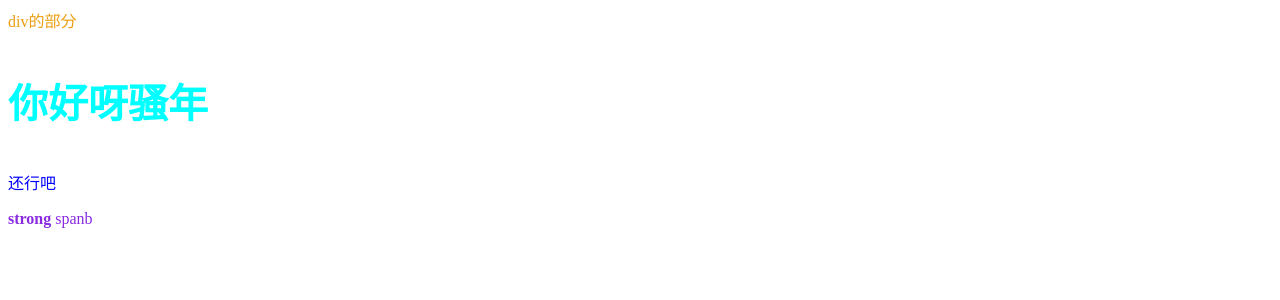
Repository: SharkPem/WebLearn
Page: demo/demo_css.html
An editor plug-in stored every save of this project. The page is shown before and after the next save, followed by the edit.
The browser window is 1280 px wide. The pictures show the whole page.

Above is the page before, as saved 2022-03-28 11:02:05.

### demo/demo_css.html
<!DOCTYPE html>
<html lang="en">
<head>
    <meta charset="UTF-8">
    <meta http-equiv="X-UA-Compatible" content="IE=edge">
    <meta name="viewport" content="width=device-width, initial-scale=1.0">
    <title>Document</title>

    <!-- 外部模式模板-->
    <!-- <link type="text/css" rel="stylesheet" href="demo_css.css"/> -->
    <!-- 内部模式-->
    <style type="text/css">
        div,p{
            color: #eb9e11;
        }
        #lx{
            color: aqua;
            font-family: "楷体","微软雅黑";
            font-size: 40px;
            font-weight: bold;
        }
        #phy{
            color: blue;
        }
        .phylx{
            color: blueviolet;
        }
    </style>
</head>
<body>
    <div>div的部分</div>
    <p id="lx">你好呀骚年</p>
    <p id="phy">还行吧</p>
    <strong class="phylx">strong</strong>
    <span class="phylx">spanb</span>

</body>
</html>

After the next save:
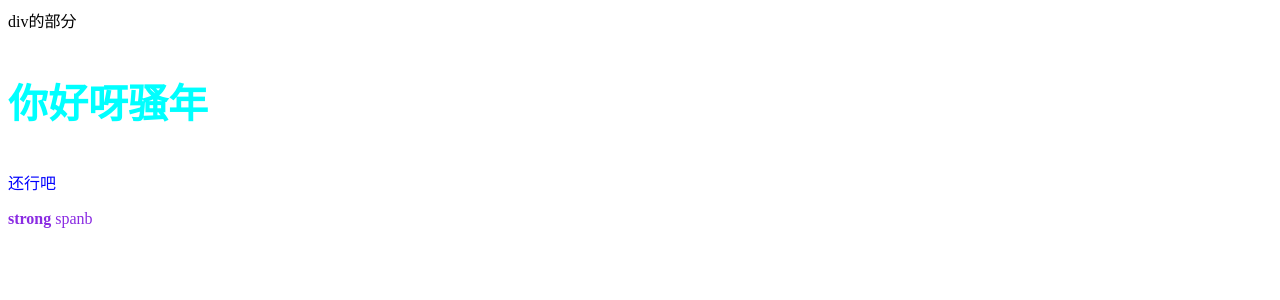
Saved 83 s later.
--- a/demo/demo_css.html
+++ b/demo/demo_css.html
@@ -11,7 +11,8 @@
     <!-- 内部模式-->
     <style type="text/css">
         div,p{
-            color: #eb9e11;
+
+            /*color: #eb9e11;*/
         }
         #lx{
             color: aqua;
